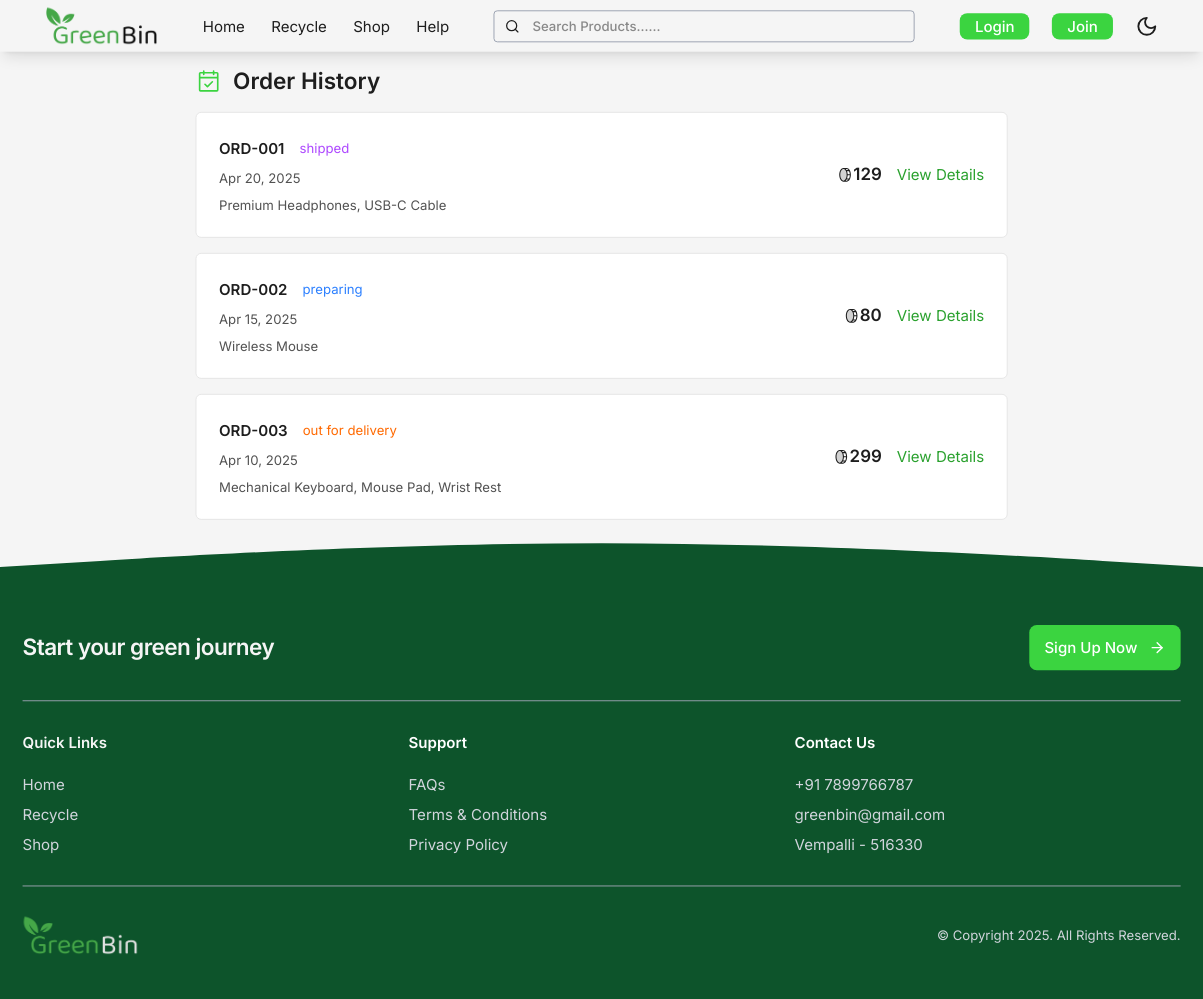
Repository: Siddhu123456/Plastic-Waste-Management
Page: /orders (app in frontend/)
These files come from the project's save history. The page is drawn as it stood at one moment and after the next save; the edit follows.
The browser window is 1280 px wide. The pictures show the whole page, at 94% of full size.
The project was rebuilt for these pictures with package versions that can differ from the ones it lists, and the page was loaded fresh each time. Also part of the build but not shown: frontend/vite.config.js, frontend/src/components/ProductCard.jsx, frontend/src/components/TrendingProductsCarousel.jsx, frontend/src/pages/Home.jsx, frontend/src/components/FilterBar.jsx, frontend/src/pages/customer/Shop.jsx, frontend/src/pages/customer/Recycle.jsx, frontend/src/components/CartItemCard.jsx and 14 more. Imported but missing from the stored project, and not drawn on this page: frontend/src/pages/Help, frontend/src/pages/customer/WishList.

Above is the page before, as saved 2025-05-06 09:39:19.

After the next save:
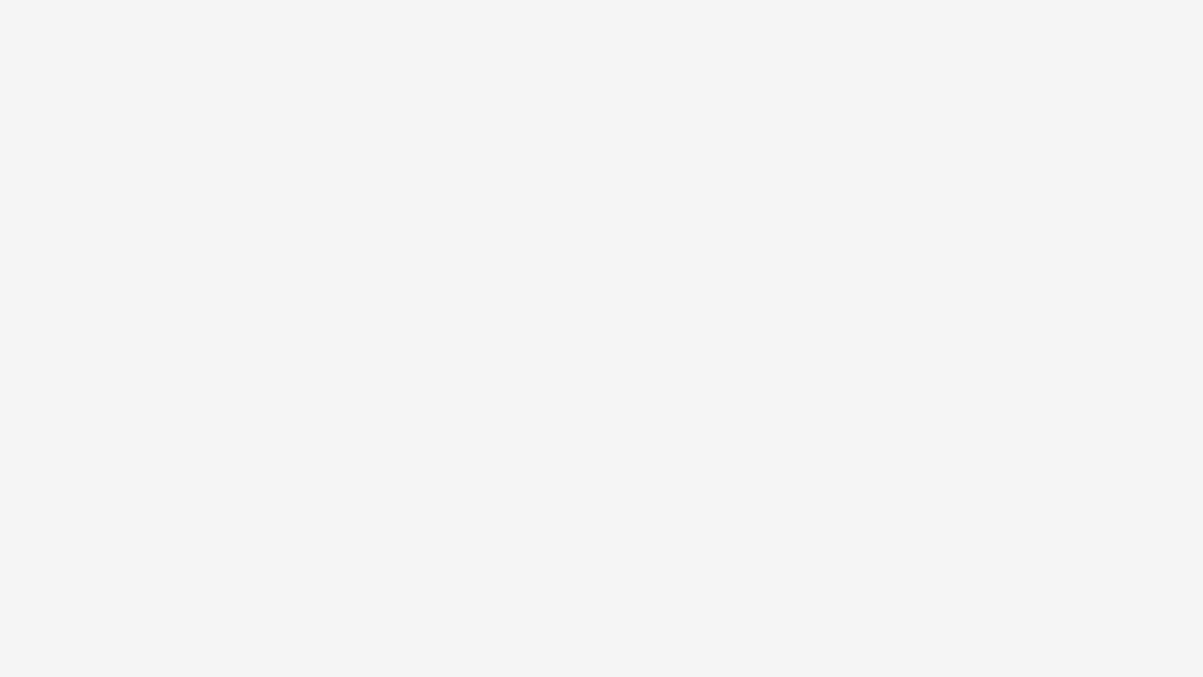
Console error: ReferenceError: useState is not defined
Saved 25 min 24 s later.
--- a/frontend/src/pages/customer/OrderHistory.jsx
+++ b/frontend/src/pages/customer/OrderHistory.jsx
@@ -33,6 +33,27 @@ const formatDate = (dateStr) => {
 };
 
 const OrderHistory = () => {
+
+  const user = JSON.parse(localStorage.getItem('user'));
+      const userId = user?.id;
+      const [orders, setOrders] = useState([]);
+
+      const fetchOrders = async () => {
+        try {
+          const response = await axios.get(`http://localhost:8080/api/orders/user/${userId}`);
+          setOrders(response.data);
+        } catch (error) {
+          console.error("Failed to fetch orders:", error);
+        }
+      };
+
+      useEffect(() => {
+        if (userId) {
+          fetchCart();
+        }
+      }, [userId]);
+
+      console.log(orders)
 
   const getStatusColor = (status) => {
     switch (status) {

After the save that followed:
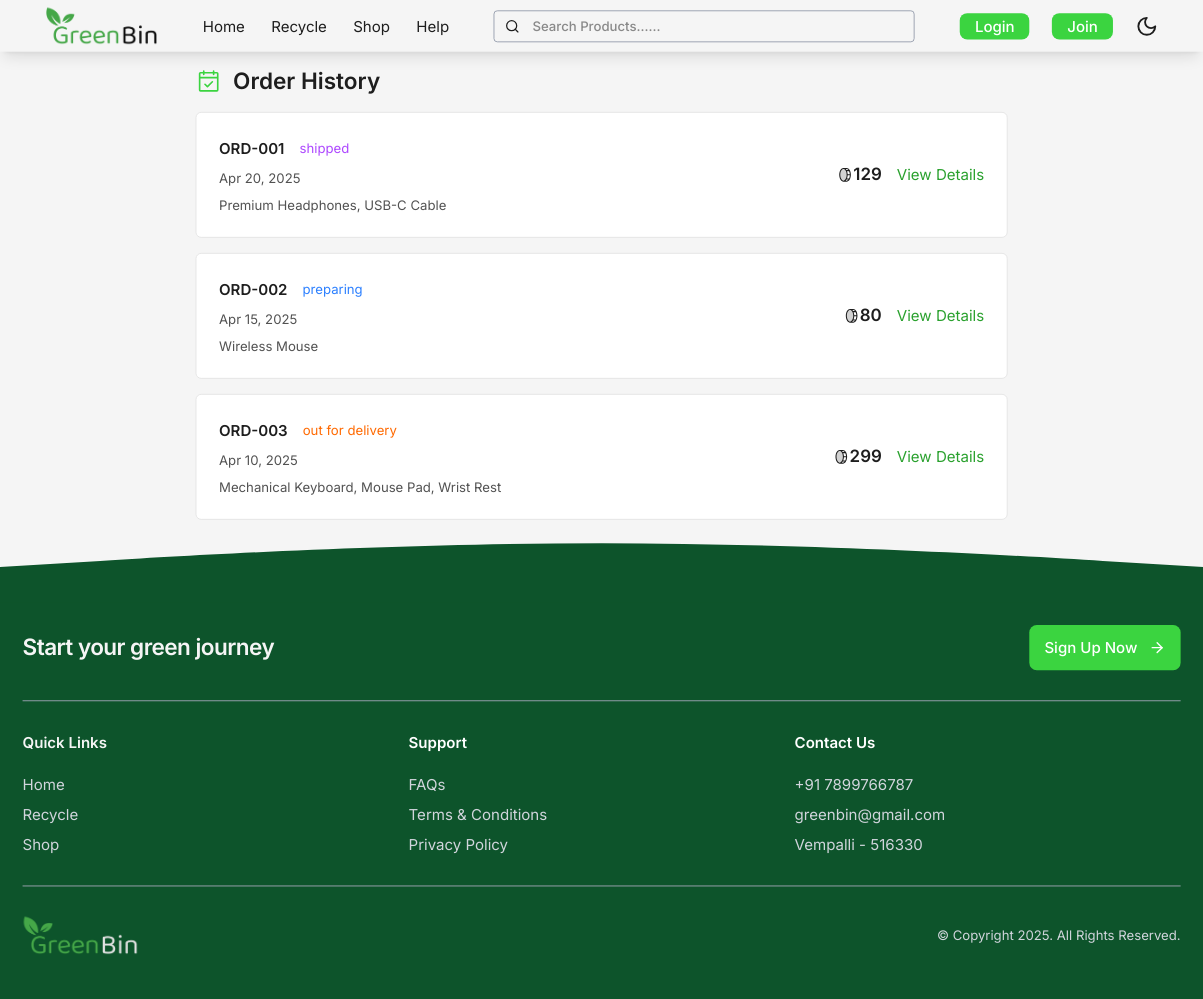
The error is gone.
Saved 35 s later.
--- a/frontend/src/pages/customer/OrderHistory.jsx
+++ b/frontend/src/pages/customer/OrderHistory.jsx
@@ -1,3 +1,5 @@
+import axios from "axios";
+import { useEffect, useState } from "react";
 import { PiCalendarCheck, PiCaretDoubleRight, PiCoinVerticalDuotone } from "react-icons/pi";
 import { Link } from "react-router-dom";
 
